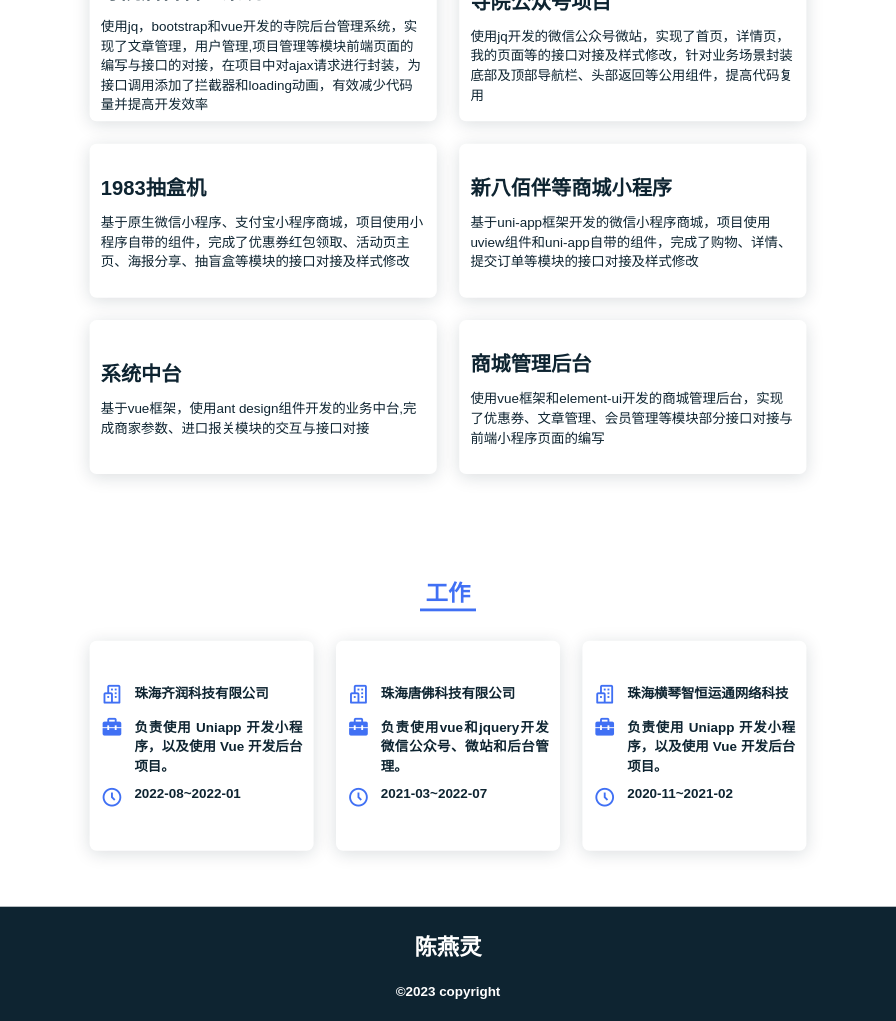
Repository: alinlinbo/yanling-resume-site
Page: index.html
The author's editor kept a copy of each file at every save. The page is drawn from the files as they stood at one save, then again after the next save.
The browser window is 1280 px wide. The pictures show the part of the page from y = 2316 to 4236 px (the page is 3775 px tall before and 4236 px after), at 70% of full size.

Above is the page before, as saved 2023-09-22 17:55:11.

### index.html
<!DOCTYPE html>
<html lang="en">

<head>
    <meta charset="UTF-8">
    <meta name="viewport" content="width=device-width, initial-scale=1.0">

    <link rel="stylesheet" href="assets/css/style.css">
    <link href='https://unpkg.com/boxicons@2.1.4/css/boxicons.min.css' rel='stylesheet'>
    <link rel="stylesheet" href="https://cdnjs.cloudflare.com/ajax/libs/font-awesome/5.15.4/css/all.min.css" />
    <title>陈燕灵简历</title>

</head>

<body>
    <!-- header -->

    <header class="l-header">
        <nav class="nav bd-grid">
            <div>
                <a href="#" class="nav__logo">陈燕灵</a>
            </div>

            <div class="nav__menu" id="nav-menu">
                <ul class="nav__list">
                    <li class="nav__item">
                        <a href="#home" class="nav__link active">介绍</a>
                    </li>
                    <li class="nav__item">
                        <a href="#skills" class="nav__link">技术</a>
                    </li>
                    <li class="nav__item">
                        <a href="#about" class="nav__link">关于</a>
                    </li>
                    <li class="nav__item">
                        <a href="#project" class="nav__link">项目</a>
                    </li>
                    <li class="nav__item">
                        <a href="#work" class="nav__link">工作</a>
                    </li>

                    <!-- <li class="nav__item">
                        <a href="#contact" class="nav__link">Contact</a>
                    </li> -->
                </ul>
            </div>
            <div class="nav__toggle" id="nav-toggle">
                <svg class="icon svg-icon" aria-hidden="true">
                    <use xlink:href="#icon-list"></use>
                </svg>
            </div>
        </nav>
    </header>

    <main class="l-main">
        <!-- hrme -->
        <section class="home section bd-grid" id="home">
            <div class="home__data">
                <h1 class="home__title">
                    Hi,<br>我是<span class="home__title-color">陈燕灵</span><br> 前端开发
                </h1>
                <h1 class="phone">电话：15919213326</h1>
                <a href="#" style="position: relative; z-index: 10;" class="button" id="contact">联系我</a>
            </div>
            <div class="home__social">
                <a href="#" class="home__social-icon" id="wechat">
                    <svg class="svg-icon-home icon" aria-hidden="true">
                        <use xlink:href="#icon-weixin"></use>
                    </svg>
                </a>
                <div class="home__social-icon">
                    <a href="#" onclick="openNewWindow('https://github.com/alinlinbo')" id="myGit">
                        <svg class="svg-icon-home icon" aria-hidden="true">
                            <use xlink:href="#icon-github-fill"></use>
                        </svg>

                    </a>
                    <div class=" home__git">
                        <a href="#" onclick="openNewWindow('https://github.com/alinlinbo')">https://github.com/alinlinbo</a>
                    </div>
                </div>
                <div class="home__social-icon">
                    <a href="#" id="myPhone">
                        <svg class="svg-icon-home svg-icon icon" aria-hidden="true">
                            <use xlink:href="#icon-phone"></use>
                        </svg>
                    </a>
                    <div class=" home__phone">
                        <div>15919213326</div>
                    </div>
                </div>



                <div class=" home__code">
                    <img src="assets/img/wechat_code.png" alt="">
                </div>


            </div>

            <div class="home__img">
                <img class="home__img" src="assets/img/head1.jpg" alt="">
            </div>
        </section>

        <section class="skills section" id="skills">
            <h2 class="section-title">技术</h2>

            <div class="project__container bd-grid">
                <div class="skills__data">
                    <div class="skills__item">
                        <div class="skill__introduce">
                            <div class="skills__intr__r">
                                <i class='bx bxl-html5 skills__icon'></i><span>HTML5</span>
                            </div>

                            <div class="skills__bar">90%</div>
                        </div>

                        <div class="skills__line skills__line90"></div>
                    </div>
                </div>
                <div class="skills__data">
                    <div class="skills__item">
                        <div class="skill__introduce">
                            <div class="skills__intr__r">
                                <i class='bx bxl-css3 skills__icon'></i><span>CSS3</span>
                            </div>

                            <div class="skills__bar">80%</div>
                        </div>

                        <div class="skills__line80 skills__line"></div>
                    </div>
                </div>
                <div class="skills__data">
                    <div class="skills__item">
                        <div class="skill__introduce">
                            <div class="skills__intr__r">
                                <i class='bx bxl-javascript skills__icon'></i><span>JavaScript</span>
                            </div>

                            <div class="skills__bar">85%</div>
                        </div>

                        <div class="skills__line85 skills__line"></div>
                    </div>
                </div>
                <div class="skills__data">
                    <div class="skills__item">
                        <div class="skill__introduce">
                            <div class="skills__intr__r">
                                <i class='bx bxl-vuejs skills__icon color-vue'></i><span>Vue</span>
                            </div>

                            <div class="skills__bar">70%</div>
                        </div>

                        <div class="skills__line70 skills__line"></div>
                    </div>
                </div>
                <div class="skills__data">
                    <div class="skills__item">
                        <div class="skill__introduce">
                            <div class="skills__intr__r">
                                <i class='bx bx-link skills__icon color-vue'></i><span>小程序、Uniapp</span>
                            </div>

                            <div class="skills__bar">75%</div>
                        </div>

                        <div class=" skills__line skills__line75"></div>
                    </div>
                </div>
                <div class="skills__data">
                    <div class="skills__item">
                        <div class="skill__introduce">
                            <div class="skills__intr__r">
                                <i class='bx bx-landscape skills__icon color-vue'></i><span>Nuxt.js</span>
                            </div>

                            <div class="skills__bar">65%</div>
                        </div>

                        <div class=" skills__line skills__line65"></div>
                    </div>
                </div>
            </div>
        </section>
        <section class="about section" id="about">
            <h2 class="section-title">关于</h2>
            <div class="about__container bd-grid">
                <div class="about__img">
                    <img src="assets/img/about.jpg" alt="">
                </div>
                <div class="about__sub">
                    <h2 class="about__subtitle">I'am 陈燕灵</h2>
                    <p class="about__text">
                        多年 <span>JavaScript(TypeScript )</span>开发经验，熟练掌握<span> ES6+/CSS 3</span>新特性，熟练使用 Vue 、小程序、UniApp 等前端开发框架
                        具有一定的后端开发(<span>Node.js</span>)经验，掌握 <span>MySql</span> 等数据库查询
                        熟悉 <span>Nuxt.js</span>等 meta framework 的使用，能独立搭建<span>全栈 web</span> 应用</p>
                </div>
        </section>

        <section class="project section" id="project">
            <h2 class="section-title">项目</h2>
            <div class="project__container bd-grid">
                <div class="project__data">
                    <div class="project__item">
                        <h2 class="project__subtitle">个人线上简历</h2>
                        <span class="project__text">使用CSS和JavaScript开发的个人线上简历，利用媒体查询和Rem特性同时适配了PC端和移动端，且实现了一些动画</span>
                    </div>
                </div>
                <div class="project__data">
                    <div class="project__item">
                        <h2 class="project__subtitle">润通联合云管家</h2>
                        <span
                            class="project__text">基于uniapp框架开发的微信小程序的缴费小程序。实现了缴费、房屋管理、报修管理等模块的页面、接口对接以及交互。以及axios封装和导航栏等公用组件的封装。</span>
                    </div>
                </div>
                <div class="project__data">
                    <div class="project__item">
                        <h2 class="project__subtitle">寺院后台管理系统</h2>
                        <span
                            class="project__text">使用jq，bootstrap和vue开发的寺院后台管理系统，实现了文章管理，用户管理,项目管理等模块前端页面的编写与接口的对接，在项目中对ajax请求进行封装，为接口调用添加了拦截器和loading动画，有效减少代码量并提高开发效率</span>
                    </div>
                </div>
                <div class="project__data">
                    <div class="project__item">
                        <h2 class="project__subtitle">寺院公众号项目</h2>
                        <span
                            class="project__text">使用jq开发的微信公众号微站，实现了首页，详情页，我的页面等的接口对接及样式修改，针对业务场景封装底部及顶部导航栏、头部返回等公用组件，提高代码复用</span>
                    </div>
                </div>
                <div class="project__data">
                    <div class="project__item">
                        <h2 class="project__subtitle">1983抽盒机</h2>
                        <span
                            class="project__text">基于原生微信小程序、支付宝小程序商城，项目使用小程序自带的组件，完成了优惠券红包领取、活动页主页、海报分享、抽盲盒等模块的接口对接及样式修改</span>
                    </div>
                </div>
                <div class="project__data">
                    <div class="project__item">
                        <h2 class="project__subtitle">新八佰伴等商城小程序</h2>
                        <span
                            class="project__text">基于uni-app框架开发的微信小程序商城，项目使用uview组件和uni-app自带的组件，完成了购物、详情、提交订单等模块的接口对接及样式修改</span>
                    </div>
                </div>
                <div class="project__data">
                    <div class="project__item">
                        <h2 class="project__subtitle">系统中台</h2>
                        <span class="project__text">基于vue框架，使用ant design组件开发的业务中台,完成商家参数、进口报关模块的交互与接口对接</span>
                    </div>
                </div>
                <div class="project__data">
                    <div class="project__item">
                        <h2 class="project__subtitle">商城管理后台</h2>
                        <span
                            class="project__text">使用vue框架和element-ui开发的商城管理后台，实现了优惠券、文章管理、会员管理等模块部分接口对接与前端小程序页面的编写</span>
                    </div>
                </div>
        </section>

        <section class="work section" id="work">
            <h2 class="section-title">工作</h2>
            <div class="work__container bd-grid">

                <div class="work__data">
                    <div class="work__name">
                        <i class='bx bx-buildings work__icon'></i>
                        <span class="work__name">珠海齐润科技有限公司</span>
                    </div>
                    <div class="work__name">
                        <i class='bx bxs-briefcase-alt-2 work__icon'></i>
                        <span class="work__name">负责使用 Uniapp 开发小程序，以及使用 Vue 开发后台项目。</span>
                    </div>
                    <div class="work__name">
                        <i class='bx bx-time-five work__icon'></i>
                        <span class="work__name">2022-08~2022-01</span>
                    </div>
                </div>
                <div class="work__data">
                    <div class="work__name">
                        <i class='bx bx-buildings work__icon'></i>
                        <span class="work__name">珠海唐佛科技有限公司</span>
                    </div>
                    <div class="work__name">
                        <i class='bx bxs-briefcase-alt-2 work__icon'></i>
                        <span class="work__name">负责使用vue和jquery开发微信公众号、微站和后台管理。</span>
                    </div>
                    <div class="work__name">
                        <i class='bx bx-time-five work__icon'></i>
                        <span class="work__name">2021-03~2022-07</span>
                    </div>
                </div>
                <div class="work__data">
                    <div class="work__name">
                        <i class='bx bx-buildings work__icon'></i>
                        <span class="work__name">珠海横琴智恒运通网络科技</span>
                    </div>
                    <div class="work__name">
                        <i class='bx bxs-briefcase-alt-2 work__icon'></i>
                        <span class="work__name">负责使用 Uniapp 开发小程序，以及使用 Vue 开发后台项目。</span>
                    </div>
                    <div class="work__name">
                        <i class='bx bx-time-five work__icon'></i>
                        <span class="work__name">2020-11~2021-02</span>
                    </div>
                </div>

            </div>
        </section>
        <!-- <section class="contact section" id="contact">
            <h2 class="section-title">Contact</h2>
            <div class="contact__container bd-grid">
                <form action="" class="contact__form">
                    <input type="text" placeholder="Name" class="contact__input">
                    <input type="email" placeholder="Email" class="contact__input">
                    <label for="contact-message"></label>
                    <textarea id="contact-message" name="message" cols="30" rows="10" class="contact__input"></textarea>

                    <input type="button" value="Enviar" class="contact__button button">
                </form>
            </div>
        </section> -->

    </main>

    <footer class="footer">
        <p class="footer__title">陈燕灵</p>
        <div style="display: none;" class="footer__social">
            <a href="#" class="footer__icon"><i class='bx bxl-facebook'></i></a>
            <a href="#" class="footer__icon"><i class='bx bxl-instagram'></i></a>
            <a href="#" class="footer__icon"><i class='bx bxl-twitter'></i></a>
        </div>
        <p>&#169;2023 copyright</p>
    </footer>
    <!-- <script src="https://unpkg.com/scrollreveal"></script> -->
    <script src="assets/js/main.js"></script>
    <script src="assets/js/iconfont.js"></script>
</body>

</html>

Loaded but not shown: assets/js/iconfont.js (library); assets/js/main.js (200 lines, source omitted); assets/css/style.css (874 lines, source omitted)

After the next save:
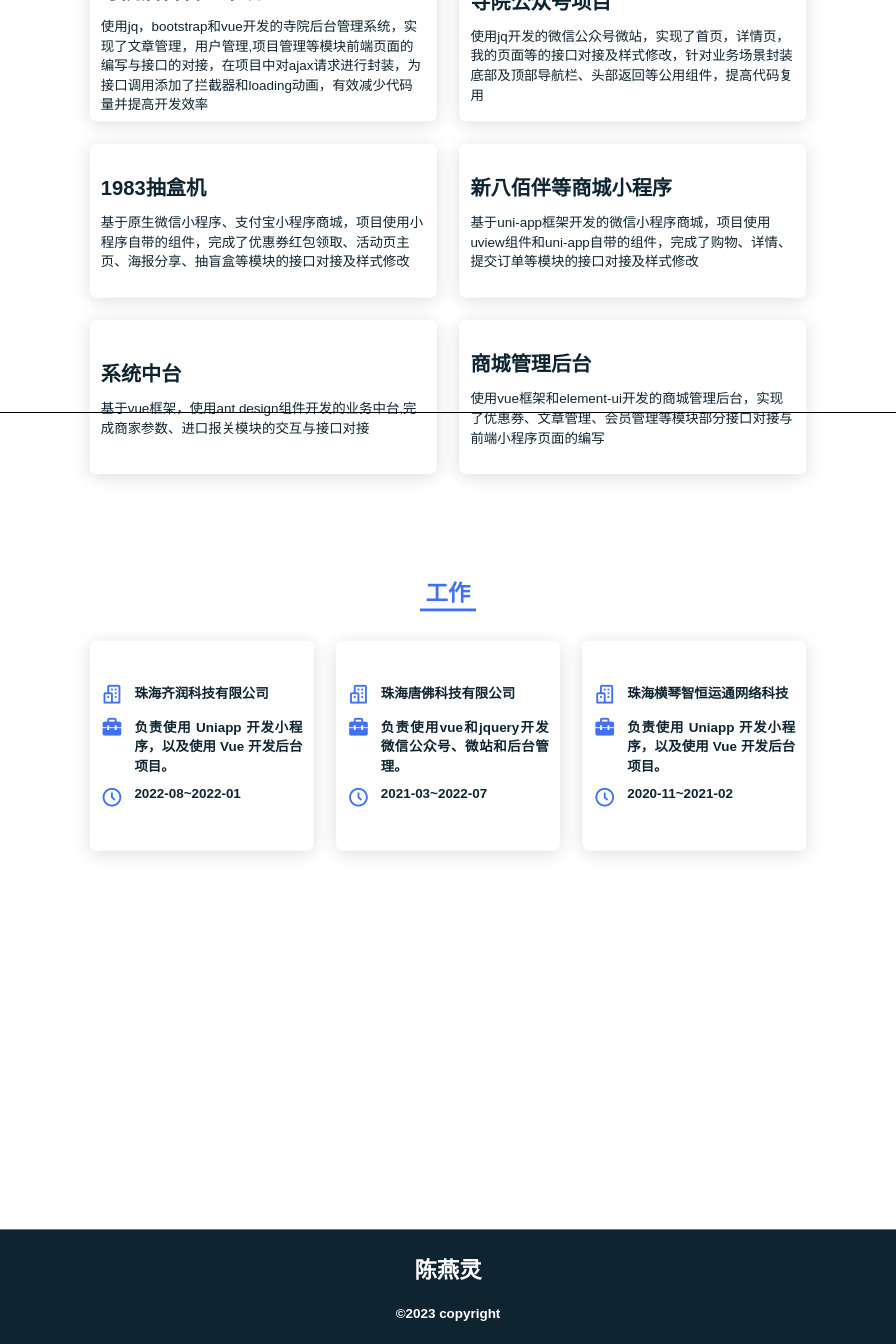
Saved 41 s later.
--- a/index.html
+++ b/index.html
@@ -324,6 +324,15 @@
                 </form>
             </div>
         </section> -->
+        <section class="work section">
+            <svg>
+                <!-- 三段直线 -->
+                <path class="line" id="line" d="" stroke="#F89C21" stroke-width="2" fill="none" />
+                <!-- 两个间隔小圆点 -->
+                <circle class="d-none" id="c1" cx="200" cy="50" r="8" stroke="#F89C21" stroke-width="2" fill="white" />
+                <circle class="d-none" id="c2" cx="100" cy="50" r="8" stroke="#F89C21" stroke-width="2" fill="white" />
+            </svg>
+        </section>
 
     </main>
 
